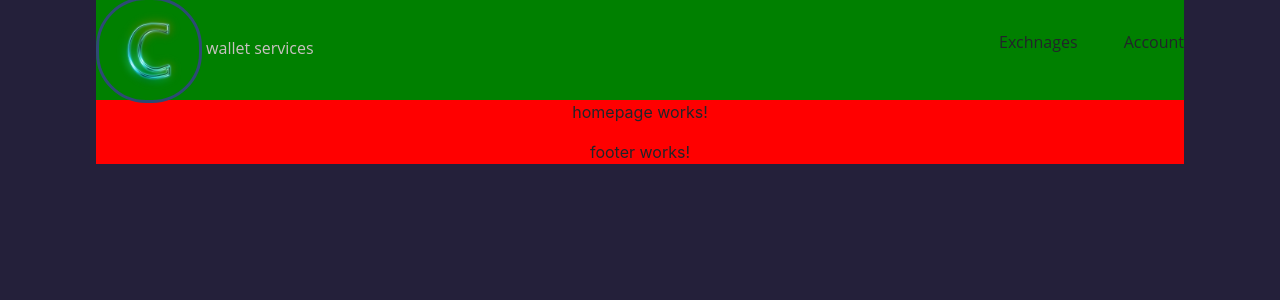
Repository: YuriyBen/Corzbank
Page: / (app in Corzbank.Web/ClientApp/)
An editor plug-in stored every save of this project. The page is shown before and after the next save, followed by the edit.
The browser window is 1280 px wide. The pictures show the whole page.
The project was rebuilt for these pictures with package versions that can differ from the ones it lists, and the page was loaded fresh each time. Also part of the build but not shown: Corzbank.Web/ClientApp/angular.json.

Above is the page before, as saved 2022-05-19 19:30:10.

### Corzbank.Web/ClientApp/src/index.html
<!DOCTYPE html>
<html lang="en">
  <head>
    <meta charset="utf-8" />
    <title>Corzbank.Web</title>
    <base href="/" />

    <meta name="viewport" content="width=device-width, initial-scale=1" />
    <link rel="icon" type="image/x-icon" href="favicon.ico" />
  </head>
  <body>
    <app-root>Loading...</app-root>
  </body>
</html>

### Corzbank.Web/ClientApp/src/styles.css
/* You can add global styles to this file, and also import other style files */

/* Provide sufficient contrast against white background */
a {
  color: #0366d6;
}

code {
  color: #e01a76;
}

.btn-primary {
  color: #fff;
  background-color: #1b6ec2;
  border-color: #1861ac;
}
body{
  display: block;
  text-align: -webkit-center;
  background-color: #24203A;
}
.main{
  background-color: red;
  padding: 0;
  width: 85%;
}

### Corzbank.Web/ClientApp/src/app/app.module.ts
import { BrowserModule } from '@angular/platform-browser';
import { NgModule } from '@angular/core';
import { FormsModule } from '@angular/forms';
import { HttpClientModule, HTTP_INTERCEPTORS } from '@angular/common/http';
import { RouterModule } from '@angular/router';

import { AppComponent } from './app.component';
import { HomepageComponent } from './homepage/homepage.component';
import { HeaderComponent } from './header/header.component';
import { FooterComponent } from './footer/footer.component';

@NgModule({
  declarations: [
    AppComponent,
    HomepageComponent,
    HeaderComponent,
    FooterComponent
  ],
  imports: [
    BrowserModule.withServerTransition({ appId: 'ng-cli-universal' }),
    HttpClientModule,
    FormsModule,
    RouterModule.forRoot([
      { path: '', component: HomepageComponent, pathMatch: 'full' },
    ])
  ],
  providers: [],
  bootstrap: [AppComponent]
})
export class AppModule { }

### Corzbank.Web/ClientApp/src/app/app.component.html
<body>
  <div class="main">
    <app-header></app-header>
    <router-outlet></router-outlet>
    <div class="container">
    </div>
    <app-footer></app-footer>
  </div>
</body>

### Corzbank.Web/ClientApp/src/app/homepage/homepage.component.html
<p>homepage works!</p>

### Corzbank.Web/ClientApp/src/app/header/header.component.html
<div class="header">
    <div class="left-block">
        <div class="logo">
            <img src="assets/photos/logo.png" alt="logo">
        </div>
        <p>wallet</p>
        <p>services</p>
    </div>
    <div class="right-block">
        <div class="exchange">
            <p>Exchnages</p>
        </div>
        <div class="account">
            <p>Account</p>
        </div>
    </div>
</div>

### Corzbank.Web/ClientApp/src/app/header/header.component.scss

.header{
    background-color: green;
    height: 100px;
    display: flex;
    justify-content: space-between;
    align-items: center;
    font-family: "Open Sans", sans-serif;
    font-size: 16px;
}
.left-block{
    display: flex;
    justify-content: space-between;
    width: 20%;
    align-items: baseline;
}
.right-block{
    display: flex;
    justify-content: space-between;
    width: 17%;
}
.left-block p{
    color: #c9c1c1;
}
.left-block .logo{
    background: transparent;
    border-radius: 50px;
    border: 3px solid #2D4A74;
}
.left-block img{
    width: 100px;
}

Loaded but not shown: Corzbank.Web/ClientApp/src/main.ts (common file); Corzbank.Web/ClientApp/src/environments/environment.ts (common file); Corzbank.Web/ClientApp/src/app/app.component.ts (common file); Corzbank.Web/ClientApp/src/app/homepage/homepage.component.ts (common file); Corzbank.Web/ClientApp/src/app/header/header.component.ts (common file); Corzbank.Web/ClientApp/src/app/footer/footer.component.ts (common file); Corzbank.Web/ClientApp/src/app/footer/footer.component.html (common file); Corzbank.Web/ClientApp/src/app/footer/footer.component.scss (no stored copy; drawn as an empty file); Corzbank.Web/ClientApp/src/app/homepage/homepage.component.scss (no stored copy; drawn as an empty file)

After the next save:
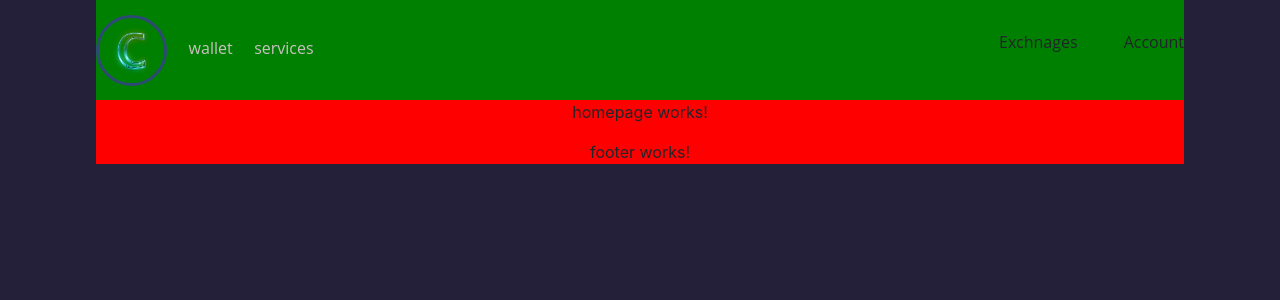
Saved 4 min 51 s later.
--- a/Corzbank.Web/ClientApp/src/app/header/header.component.scss
+++ b/Corzbank.Web/ClientApp/src/app/header/header.component.scss
@@ -28,5 +28,5 @@
     border: 3px solid #2D4A74;
 }
 .left-block img{
-    width: 100px;
+    width: 65px;
 }
